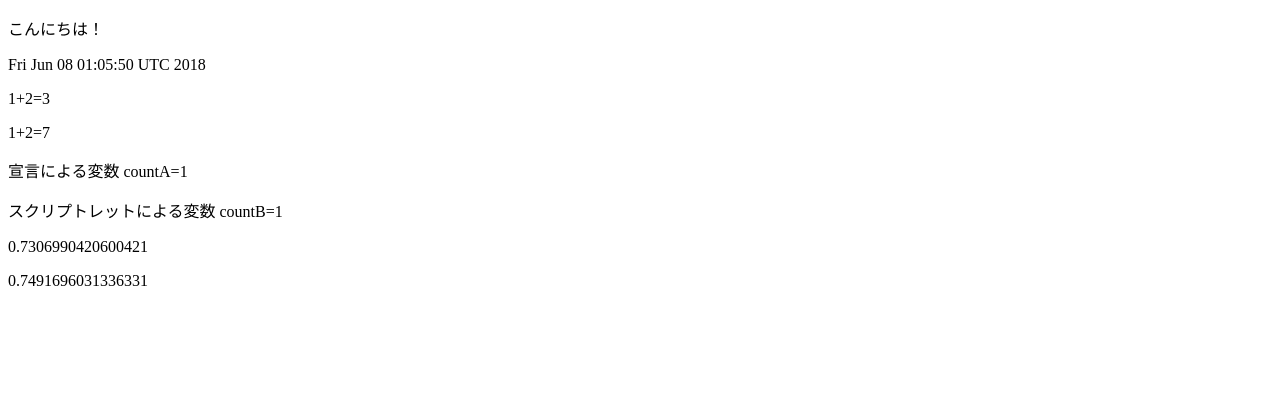
Repository: jun-01731/test
Page: http://localhost/HelloJSP/
These files come from the project's save history. The page is drawn as it stood at one moment and after the next save; the edit follows.
The browser window is 1280 px wide. The pictures show the whole page.
The page is served by Tomcat 9.

Above is the page before, as saved 2018-06-11 02:13:18.

### HelloJSP/WebContent/index.jsp
<%@ page language="java" contentType="text/html; charset=UTF-8"
    pageEncoding="UTF-8"%>
<!DOCTYPE html>
<html>
<head>
<meta charset="UTF-8">
<title>TEST</title>
</head>
<body>
<p>こんにちは！</p>
<% out.println(new java.util.Date()); %>



<%!
static int add(int a, int b){
	return a+b;
}
%>
<p>1+2=<%=add(1,2) %></p>
<p>1+2=<%=add(3,4) %></p>



<%! static int countA=0; %>
<%
int countB=0;
countA++;
countB++;
%>
<p>宣言による変数 countA=<%=countA %></p>
<p>スクリプトレットによる変数 countB=<%=countB %></p>



<P><% out.println(Math.random()); %></P>
<p><%=Math.random() %></p>




</body>
</html>

After the next save:
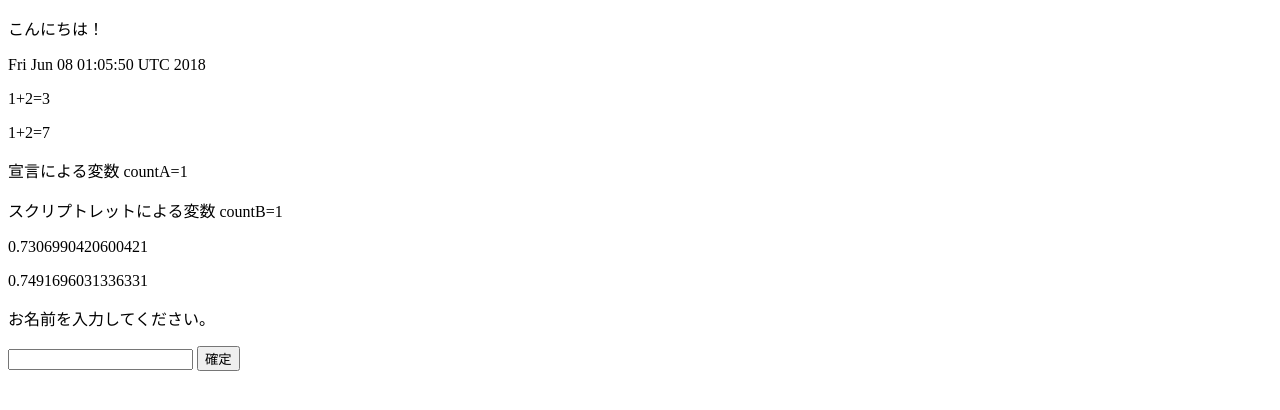
Saved 3 min 50 s later.
--- a/HelloJSP/WebContent/index.jsp
+++ b/HelloJSP/WebContent/index.jsp
@@ -38,6 +38,14 @@ countB++;
 
 
 
+<P>お名前を入力してください。</P>
+<form method="post" action="greeting-out.jsp">
+<input type="text" name="user">
+<input type="submit" value="確定">
+</form>
+
+
+
 
 </body>
 </html>
